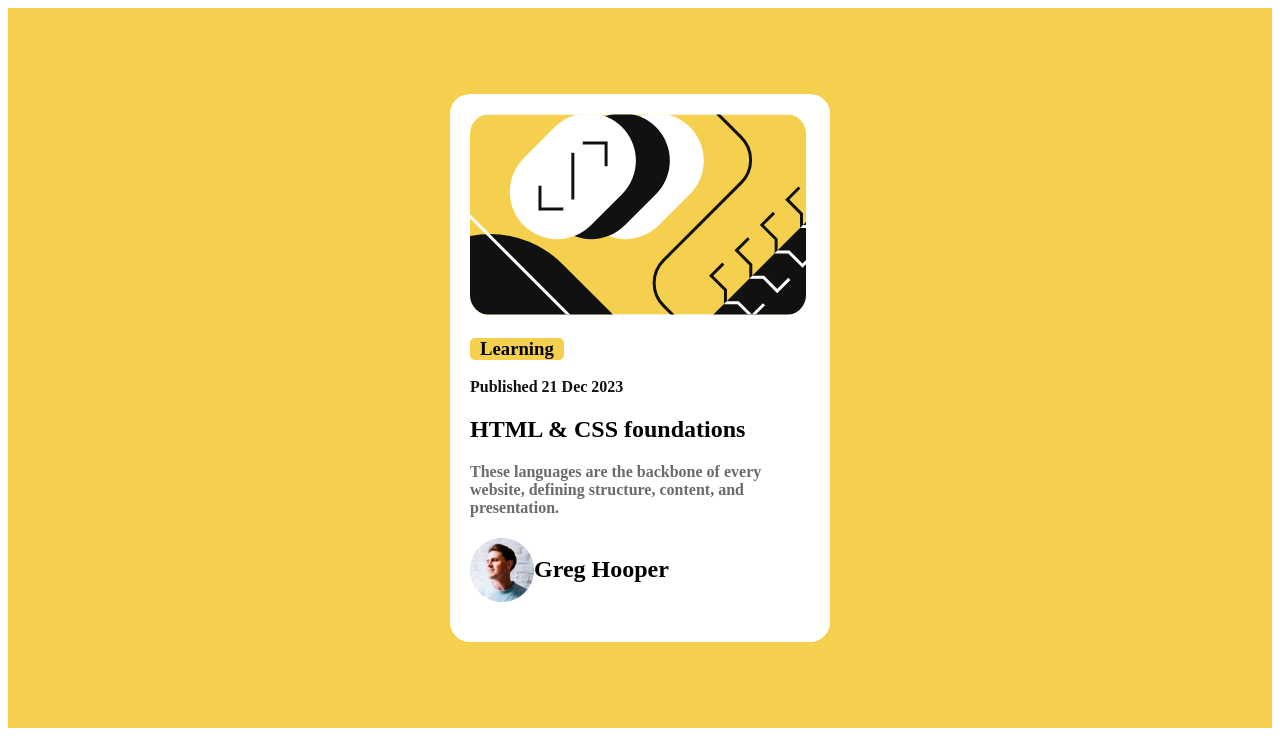
Repository: reemoon-ctrl/blog-preview-card
Page: index.html
The author's editor kept a copy of each file at every save. The page is drawn from the files as they stood at one save, then again after a run of saves.
The browser window is 1280 px wide. The pictures show the whole page.

Above is the page before, as saved 2024-07-19 14:42:37.

### index.html
<!DOCTYPE html>
<html>
    <head>
        <title>Frontend Mentor | Blog preview card</title>
        <link rel="stylesheet" href="index.css" />


    </head>
    <body>
        <article class="blog-card-article">
            <div class="blog-card">
                <img class="blog-img"src="img\illustration-article.svg" alt="illustration-article" />
                <h3 class="blog-category">Learning</h3>
                <b class="blog-date">Published 21 Dec 2023</b>
                <h1 class="blog-title">HTML & CSS foundations</h1>
                <b class="blog-discrip">These languages are the backbone of every website, defining structure, content, and presentation.</b>
                <h2 class="blog-author"><img  src="img\image-avatar.webp" alt="Greg Hooper avatar"/>Greg Hooper</h2>
            </div>
        </article>

    </body>
</html>

### index.css
.blog-card-article{
    min-height: 100vh;
    display: flex;
    align-items:center;
    justify-content: center;
    background-color: hsl(47, 88%, 63%);


}

.blog-card{
    background-color: white;
    padding: 20px;
    border-radius: 20px;
    flex-basis: 340px;
}

.blog-img{
    border-radius: 20px;


}

.blog-category{

    background-color: hsl(47, 88%, 63%);
    width:fit-content;
    border-radius: 5px;
    padding: 0 10px;




}

.blog-date{
    color: hsl(0, 0%, 7%);

}

.blog-title{

}
.blog-discrip{
    color:hsl(0, 0%, 42%);

}

.blog-author{
    display: flex;
    align-items:center;

}

After the next 3 saves:
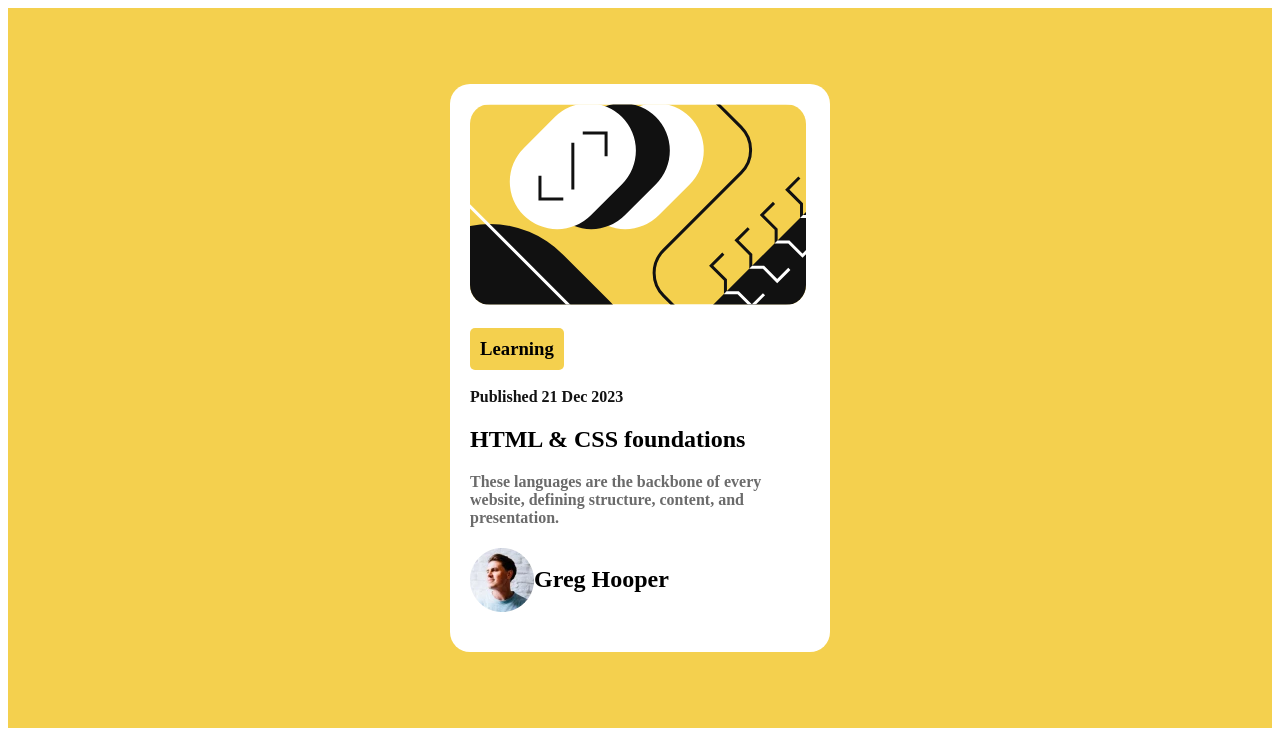
The 3 saves are shown as one change because they came seconds apart.
The last was saved 48 s later.
--- a/index.css
+++ b/index.css
@@ -26,7 +26,7 @@
     background-color: hsl(47, 88%, 63%);
     width:fit-content;
     border-radius: 5px;
-    padding: 0 10px;
+    padding: 10px 10px;
 
 
 
